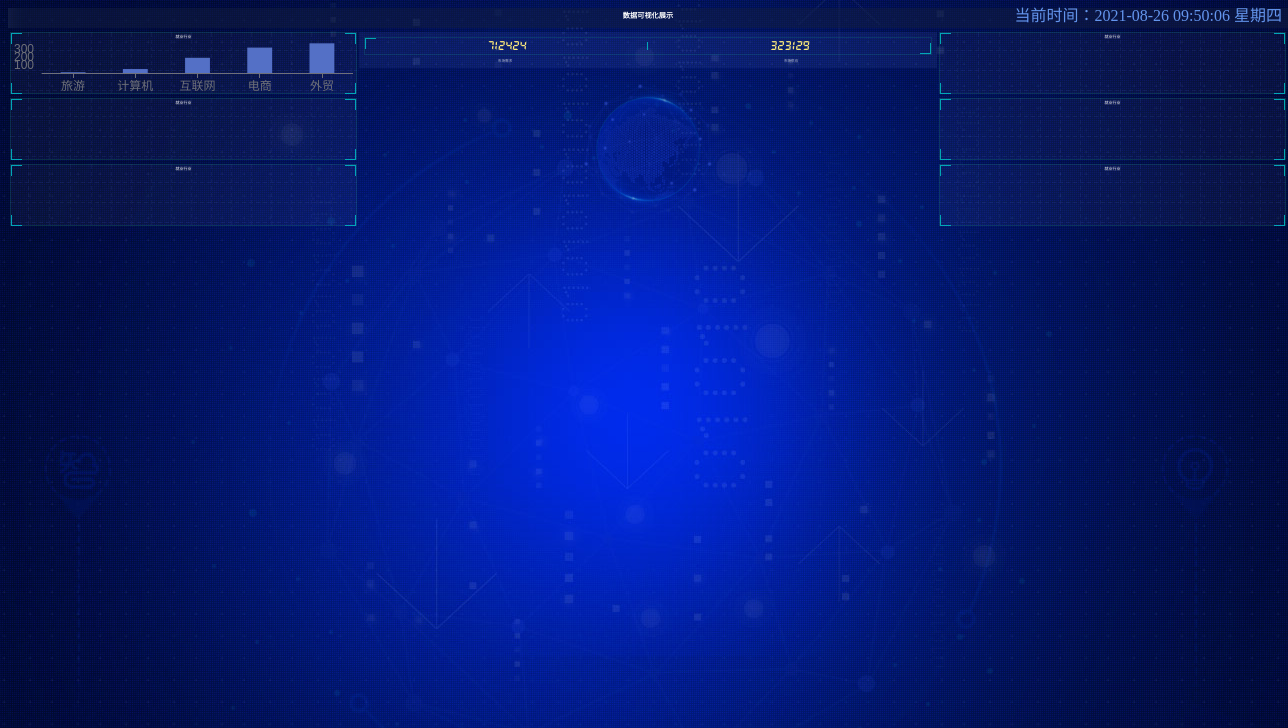
Repository: jiang-1990/DataVM
Page: /
The author's editor kept a copy of each file at every save. The page is drawn from the files as they stood at one save, then again after the next save.
The browser window is 1280 px wide. The page is 1288 px wide, so the pictures cover 1288 px, including what lies to the right of the window. The pictures show the whole page.
The project was rebuilt for these pictures with package versions that can differ from the ones it lists, and the page was loaded fresh each time.

Above is the page before, as saved 2021-08-26 10:20:51.

### index.html
<!DOCTYPE html>
<html>
  <head>
    <meta charset="utf-8">
    <meta name="viewport" content="width=device-width,initial-scale=1.0">
    <title>mydatam</title>
  </head>
  <body>
    <div id="app"></div>
    <!-- built files will be auto injected -->
  </body>
</html>

### src/main.js
// The Vue build version to load with the `import` command
// (runtime-only or standalone) has been set in webpack.base.conf with an alias.
import Vue from 'vue'
import App from './App'
import router from './router'
import 'lib-flexible/flexible.js'
//声明字体
import './font/font.css'

Vue.config.productionTip = false

/* eslint-disable no-new */
new Vue({
  el: '#app',
  router,
  components: { App },
  template: '<App/>'
})

### src/App.vue
<template>
  <div id="app">
    <router-view/>
  </div>
</template>

<script>
export default {
  name: 'App'
}
</script>

<style>
body{
  background-image: url('assets/bg.jpg') ;
  background-Repeat : 'no-repeat';
  background-Size : '100% 100%';
  background-position: center;/* 背景图随屏幕尺寸变化 背景图两边隐藏 图片不压缩 */
}
html,body {
  width: 100%;
  height: 100%;
}

</style>

### src/router/index.js
import Vue from 'vue'
import Router from 'vue-router'
import bigScreen from '@/components/bigScreen'

Vue.use(Router)

export default new Router({
  routes: [
    {
      path: '/',
      name: 'bigScreen',
      component: bigScreen
    }
  ]
})

### src/font/font.css
 /* 声明字体 */
@font-face {
    font-family: 'electronicFont';
    src: url(./DS-DIGIT.ttf);
}

### src/components/bigScreen.vue
<template>
  <div>
    <div class="top">
      <h1>数据可视化展示</h1>
      <span class="time">当前时间：{{ date | dateFormat }}</span>
    </div>
    <div class="mainBox">
      <div class="culonm">
        <div class="panl bar">
          <h2>就业行业</h2>
          <div class="chart" id="bar_l"></div>
          <div class="zhuanjiao"></div>
        </div>

        <div class="panl line">
          <h2>就业行业</h2>
          <div class="chart"></div>
          <div class="zhuanjiao"></div>
        </div>

        <div class="panl pie">
          <h2>就业行业</h2>
          <div class="chart"></div>
          <div class="zhuanjiao"></div>
        </div>
      </div>
      <div class="culonm">
        <div class="num">
          <div class="num-hd">
            <ul>
              <li>712424</li>
              <li>323129</li>
            </ul>
          </div>
          <div class="num-bd">
            <ul>
              <li>市场需求</li>
              <li>市场供应</li>
            </ul>
          </div>
        </div>
        <div class="map">
          <div class="map1"></div>
          <div class="map2"></div>
          <div class="map3"></div>
          <div class="chart"></div>
        </div>
      </div>
      <div class="culonm">
        <div class="panl bar">
          <h2>就业行业</h2>
          <div class="chart"></div>
          <div class="zhuanjiao"></div>
        </div>

        <div class="panl line">
          <h2>就业行业</h2>
          <div class="chart"></div>
          <div class="zhuanjiao"></div>
        </div>

        <div class="panl pie">
          <h2>就业行业</h2>
          <div class="chart"></div>
          <div class="zhuanjiao"></div>
        </div>
      </div>
    </div>
    <!-- <div id="myChart" style="width:1920px; height: 400px;"></div> -->
  </div>
</template>

<script>
// 引入echarts
var echarts = require("echarts");
export default {
  data() {
    return {
      date: new Date(), //当前日期
    };
  },
  // 定义一个局部的过滤器，格式化当前时间
  filters: {
    dateFormat: (dateTime) => {
      var now = new Date(dateTime);
      var y = now.getFullYear();
      var m = (now.getMonth() + 1).toString().padStart(2, "0");
      var d = now.getDate().toString().padStart(2, "0");
      var hh = now.getHours().toString().padStart(2, "0");
      var mm = now.getMinutes().toString().padStart(2, "0");
      var ss = now.getSeconds().toString().padStart(2, "0");
      let week = now.getDay(); // 星期
      let weekArr = [
        "星期日",
        "星期一",
        "星期二",
        "星期三",
        "星期四",
        "星期五",
        "星期六",
      ];
      // 过滤器中要有返回值
      return `${y}-${m}-${d} ${hh}:${mm}:${ss} ${weekArr[week]}`;
    },
  },
  mounted() {
    this.createchart();
    var _this = this;
    this.timer = setInterval(() => {
      _this.date = new Date(); // 修改日期数据
    }, 1000);
  },
  created() {},
  methods: {
    createchart() {
      var myChart = echarts.init(document.getElementById("bar_l"));
      var option;
      option = {
        tooltip: {
          trigger: "axis",
          axisPointer: {
            // 坐标轴指示器，坐标轴触发有效
            type: "shadow", // 默认为直线，可选为：'line' | 'shadow'
          },
        },
        grid: {
          left: "0%",
          right: "0%",
          bottom: "0%",
          top:"3%",
          containLabel: true,

        },
        xAxis: [
          {
            type: "category",
            data: ["旅游", "计算机", "互联网", "电商", "外贸"],
            axisTick: {
              alignWithLabel: true,
            },
            splitLine: {
              show: false,
            },
            textStyle:{
              color:'#ffffff'
            },

          },
        ],
        yAxis: [
          {
            type: "value",
            splitLine: {
              show: false,
            },
            textStyle:{
              color:'#ffffff'
            },
          },
        ],
        series: [
          {
            name: "直接访问",
            type: "bar",
            barWidth: "40%",
            data: [10, 52, 200, 334, 390],
          },
        ],
      };
      myChart.setOption(option);
    },
  },
};
</script>

<style scoped>
@import "../css/bigScreen.css";
</style>

### src/css/bigScreen.css
* {
  margin: 0;
  padding: 0;
  box-sizing: border-box;
}
li {
  list-style-type: none;
}
.top {
  height: 1.25rem;
  background: url(../assets/head_bg.png) no-repeat;
  box-sizing: 100% 100%;
  position: relative;
}
.top h1 {
  font-size: 0.45rem;
  line-height: 1rem;
  color: #ffffff;
  text-align: center;
}
.top .time {
  line-height: 0.9375rem;
  position: absolute;
  right: 0.375rem;
  top: 0;
  color: cornflowerblue;
}
.mainBox {
  min-width: 1024px;
  max-width: 1920px;
  margin: 0 auto;
  display: flex;
  padding: 0.25rem 0.125rem 0;
}
.mainBox .culonm {
  flex: 3;
}
.mainBox .culonm:nth-child(2) {
  flex: 5;
  margin: 0 0.125rem 0.1875rem;
}
.mainBox .panl {
  position: relative;
  height: 3.875rem;
  border: 0.0125rem solid rgba(25, 186, 139, 0.17);
  background: url(../assets/line.png) rgba(255, 255, 255, 0.03);
  padding: 0 0.1875rem 0.25rem;
  margin-bottom: 0.25rem;
}
.mainBox .panl::before {
  position: absolute;
  top: 0;
  left: 0;
  width: 10px;
  height: 10px;
  border-left: 1px solid #02a6b5;
  border-top: 1px solid #02a6b5;
  content: "";
}
.mainBox .panl::after {
  position: absolute;
  top: 0;
  right: 0;
  width: 10px;
  height: 10px;
  border-right: 1px solid #02a6b5;
  border-top: 1px solid #02a6b5;
  content: "";
}
.mainBox .panl .zhuanjiao {
  width: 100%;
  height: 10px;
  position: absolute;
  bottom: 0px;
  left: 0;
}
.mainBox .panl .zhuanjiao::before {
  position: absolute;
  top: 0;
  left: 0;
  width: 10px;
  height: 10px;
  border-left: 1px solid #02a6b5;
  border-bottom: 1px solid #02a6b5;
  content: "";
}
.mainBox .panl .zhuanjiao::after {
  position: absolute;
  top: 0;
  right: 0;
  width: 10px;
  height: 10px;
  border-right: 1px solid #02a6b5;
  border-bottom: 1px solid #02a6b5;
  content: "";
}
.mainBox .panl h2 {
  font-size: 0.25rem;
  color: #ffffff;
  line-height: 0.5rem;
  text-align: center;
  height: 0.5rem;
  font-weight: 400;
}
.mainBox .panl .chart {
  height: 3.25rem;
}
.mainBox .num {
  background: rgba(101, 132, 226, 0.1);
  padding: 0.1875rem;
}
.mainBox .num .num-hd {
  position: relative;
  margin: 0.125rem;
  border: 1px solid rgba(25, 186, 139, 0.17);
}
.mainBox .num .num-hd::before {
  position: absolute;
  top: 0;
  left: 0;
  width: 10px;
  height: 10px;
  border-left: 1px solid #02a6b5;
  border-top: 1px solid #02a6b5;
  content: "";
}
.mainBox .num .num-hd::after {
  position: absolute;
  bottom: 0;
  right: 0;
  width: 10px;
  height: 10px;
  border-right: 1px solid #02a6b5;
  border-bottom: 1px solid #02a6b5;
  content: "";
}
.mainBox .num .num-hd ul {
  display: flex;
}
.mainBox .num .num-hd ul li {
  flex: 1;
  line-height: 1rem;
  font-size: 0.875rem;
  color: #ffeb7b;
  text-align: center;
  font-family: electronicFont;
}
.mainBox .num .num-hd ul li:nth-child(1) {
  position: relative;
}
.mainBox .num .num-hd ul li:nth-child(1)::after {
  position: absolute;
  top: 25%;
  right: 0;
  height: 50%;
  border-right: 1px solid #02a6b5;
  content: "";
}
.mainBox .num .num-bd {
  position: relative;
}
.mainBox .num .num-bd ul {
  display: flex;
}
.mainBox .num .num-bd ul li {
  flex: 1;
  line-height: 0.5rem;
  font-size: 0.225rem;
  color: rgba(255, 255, 255, 0.7);
  text-align: center;
}
.mainBox .map {
  height: 10.125rem;
  position: relative;
}
.mainBox .map .map1 {
  width: 6.475rem;
  height: 6.475rem;
  position: absolute;
  top: 50%;
  left: 50%;
  transform: translate(-50%, -50%);
  background: url(../assets/map.png);
  background-size: 100% 100%;
  opacity: 0.3;
}
.mainBox .map .map2 {
  width: 8.0375rem;
  height: 8.0375rem;
  position: absolute;
  top: 50%;
  left: 50%;
  transform: translate(-50%, -50%);
  background: url(../assets/lbx.png);
  background-size: 100% 100%;
  animation: rotatel1 20s linear infinite;
  opacity: 0.6;
}
@keyframes rotatel1 {
  from {
    transform: translate(-50%, -50%) rotate(0deg);
  }
  to {
    transform: translate(-50%, -50%) rotate(360deg);
  }
}
.mainBox .map .map3 {
  width: 7.075rem;
  height: 7.075rem;
  position: absolute;
  top: 50%;
  left: 50%;
  transform: translate(-50%, -50%);
  background: url(../assets/jt.png);
  background-size: 100% 100%;
  animation: rotatel2 15s linear infinite;
  opacity: 0.6;
}
@keyframes rotatel2 {
  from {
    transform: translate(-50%, -50%) rotate(0deg);
  }
  to {
    transform: translate(-50%, -50%) rotate(-360deg);
  }
}
.mainBox .map .chart {
  height: 10.125rem;
}

After the next save:
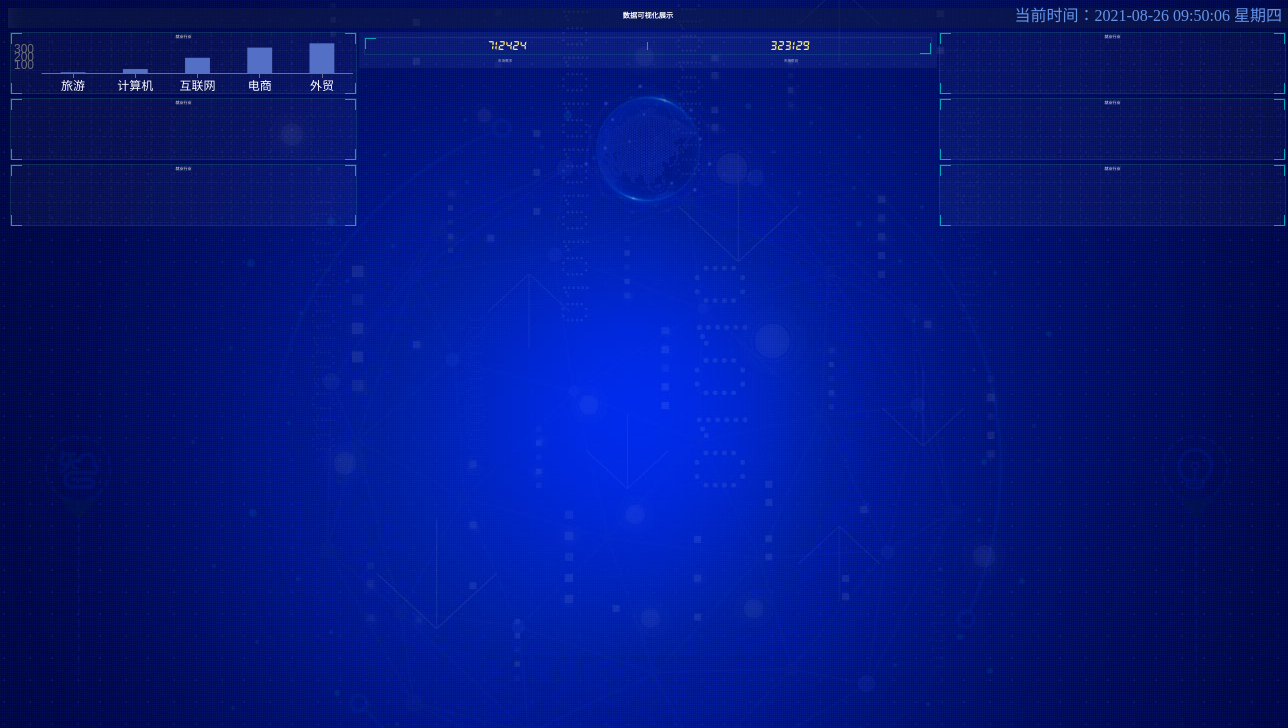
Saved 4 min 53 s later.
--- a/src/components/bigScreen.vue
+++ b/src/components/bigScreen.vue
@@ -141,9 +141,9 @@ export default {
             splitLine: {
               show: false,
             },
-            textStyle:{
+            axisLabel:{
               color:'#ffffff'
-            },
+            }
 
           },
         ],
